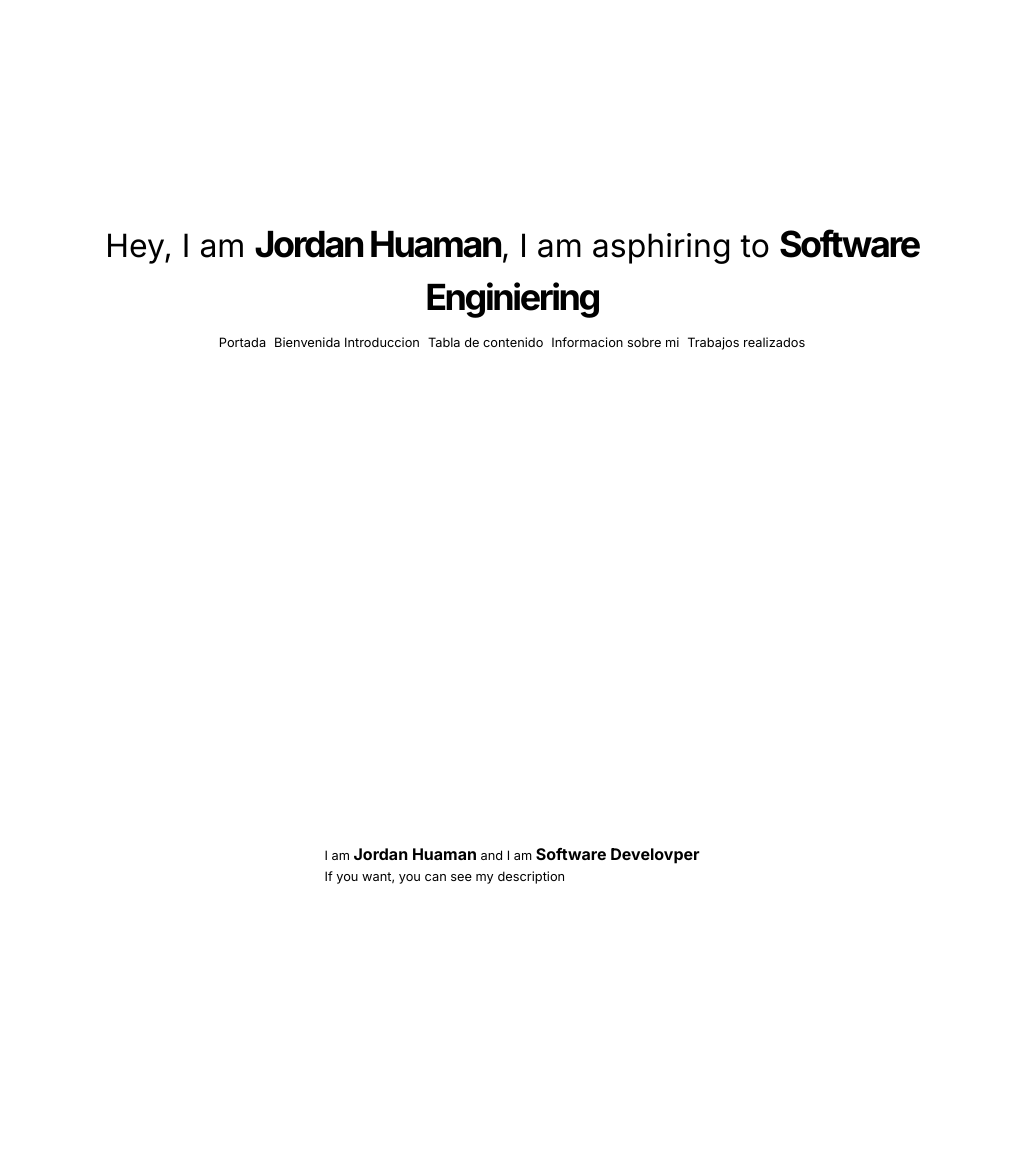
Repository: devsecops-node/portafolio-nextj-pages
Page: /
The author's editor kept a copy of each file at every save. The page is drawn from the files as they stood at one save, then again after the next save.
The browser window is 1280 px wide. The pictures show the whole page, at 80% of full size.
The project was rebuilt for these pictures with package versions that can differ from the ones it lists, and the page was loaded fresh each time. The framework's server and built-in components were replaced by stand-ins that run in the browser. Also part of the build but not shown: next.config.js, src/styles/transitionPage.module.css.

Above is the page before, as saved 2024-01-15 04:00:01.

### src/app/page.js
"use client"
import Dashboard from '@/components/Dashboard'
import Transition from '@/components/Transition'
import Image from 'next/image'
import { useEffect, useState } from 'react'

export default function Home() {
  const [showAnimation, setShowAnimation] = useState(true)

  useEffect(() => {
    console.log('Ejecutando')
    setTimeout(() => {
      setShowAnimation(false)
    }, 2000)
  }, [])
  return (
    <main className='h-[100vh]'>
      {showAnimation ? <Transition /> : <Dashboard />}
    </main>
  )
}

### src/components/Dashboard.jsx
import React from 'react'
import stles from "@/styles/dashboard.module.css"
import Portada from './Portada'
import { useRef } from 'react'

const Dashboard = () => {
  const portada = useRef(null)

  const scrollToPortada = () => {
    const portada = document.getElementById('portada')

    if (portada) {
      console.log('ejecutando id')
      portada.scrollIntoView({ behavior: 'smooth' })
    }
  }
  return (
    <section className={stles.home_view}>
      <div className='h-screen flex justify-center items-center flex-col'>
        <div className={stles.home_view_principal}>
          <p className={stles.animar_text} id='detec'> Hey, I am <span className="animacion-bolder">Jordan
            Huaman</span>, I am asphiring to <span className={stles.detect}>Software Enginiering</span>
          </p>
        </div>
        <div className={stles.home_view_links}>
          <a onClick={scrollToPortada} className={stles.animar_abajo}>
            <p>Portada</p>
          </a>
          <a href="" className={stles.animar_abajo}>
            <p>Bienvenida Introduccion</p>
          </a>
          <a href="" className={stles.animar_arriba}>
            <p>Tabla de contenido</p>
          </a><a href="" className={stles.animar_arriba}>
            <p>Informacion sobre mi</p>
          </a>
          <a href="" className={stles.animar_abajo}>
            <p>Trabajos realizados</p>
          </a>

        </div>
        <div>
        </div>
      </div>
      <div id='portada'>
      <Portada/>
      </div>
    </section>
  )
}

export default Dashboard

### src/components/Transition.jsx
import React from 'react'
import styles from "@/styles/transitionPage.module.css"

const Transition = () => {
  return (
    <div className={styles.home}>
      <main className=''>
        <p className={styles.text_1}>Jh</p>
        <p className={styles.text_2}>Jordan Huaman - Porfolio</p>
      </main>
      <footer>
        <p className={styles.text_3}>Software Engineerin - 2024</p>
      </footer>
    </div>
  )
}

export default Transition

### src/styles/dashboard.module.css
/* ? Home-view part */
.home_view {
  height: 100%;
}

.animar_text {
  animation: apper-2 2s;
  -webkit-animation: apper-2 2s;
}

.home_view_principal {
  width: 90%;
  margin: 0 auto;
}

.home_view_principal p {
  text-align: center;
  font-size: 40px;
}

.home_view_principal p span {
  font-size: 45px;
  letter-spacing: -3px;
  font-weight: bold;
}

.home_view_principal p span:hover .child {
  background-color: red;
}

@keyframes apper-2 {
  0% {
    opacity: 0;
    transform: translateY(-200px);
    -webkit-transform: translateY(-200px);
    -moz-transform: translateY(-200px);
    -ms-transform: translateY(-200px);
    -o-transform: translateY(-200px);
  }

  50% {
    opacity: 1;
    transform: translateY(-20px);
    -webkit-transform: translateY(-20px);
    -moz-transform: translateY(-20px);
    -ms-transform: translateY(-20px);
    -o-transform: translateY(-20px);
  }

  100% {
    opacity: 1;
    transform: translateY(0px);
    -webkit-transform: translateY(0px);
    -moz-transform: translateY(0px);
    -ms-transform: translateY(0px);
    -o-transform: translateY(0px);
  }
}

.home_view_links {
  display: flex;
  padding: 10px;
  justify-content: space-between;
  gap: 10px;
}

/* Line aniamtion */
.line-animation {
  display: inline;
  cursor: pointer;
  position: relative;
  /* padding: 5px; */
}

.line-animation::after {
  /* margin-top: 10px; */
  content: "";
  position: absolute;
  width: 100%;
  height: 3px;
  top: auto;
  bottom: 14px;
  left: -4px;
  transform: scaleX(0);
  box-shadow: 0 5px 0 black;
  transform-origin: bottom right;
  transition: transform 0.5s ease-out;
}

.line-animation:hover:after {
  transform: scaleX(1);
  transform-origin: bottom left;
}

.animacion-bolder {
  animation: animar-bold 2s linear alternate slidein;
  -webkit-animation: animar-bold 2s linear alternate slidein;
}

.animar_arriba{
  animation: apper-arriba 2s;
  -webkit-animation: apper-arriba 2s;
}
.animar_abajo{
  cursor: pointer;
  animation: apper-abajo 2s;
  -webkit-animation: apper-abajo 2s;

}

@keyframes apper-arriba {
  0% {
    opacity: 0;
    transform: translateY(200px);
    -webkit-transform: translateY(200px);
    -moz-transform: translateY(200px);
    -ms-transform: translateY(200px);
    -o-transform: translateY(200px);
}

  50% {
    opacity: 1;
    transform: translateY(-20px);
    -webkit-transform: translateY(-20px);
    -moz-transform: translateY(-20px);
    -ms-transform: translateY(-20px);
    -o-transform: translateY(-20px);
  }

  100% {
    opacity: 1;
    transform: translateY(0px);
    -webkit-transform: translateY(0px);
    -moz-transform: translateY(0px);
    -ms-transform: translateY(0px);
    -o-transform: translateY(0px);
  }
}
@keyframes apper-abajo {
  0% {
    opacity: 0;
    transform: translateY(-200px);
    -webkit-transform: translateY(-200px);
    -moz-transform: translateY(-200px);
    -ms-transform: translateY(-200px);
    -o-transform: translateY(-200px);
}

  50% {
    opacity: 1;
    transform: translateY(-20px);
    -webkit-transform: translateY(-20px);
    -moz-transform: translateY(-20px);
    -ms-transform: translateY(-20px);
    -o-transform: translateY(-20px);
  }

  100% {
    opacity: 1;
    transform: translateY(0px);
    -webkit-transform: translateY(0px);
    -moz-transform: translateY(0px);
    -ms-transform: translateY(0px);
    -o-transform: translateY(0px);
  }
}

@keyframes animar-bold {
  0% {
    opacity: 0;
  }

  100% {
    opacity: 1;
  }
}

### src/components/Portada.jsx
import React from 'react'

const Portada = () => {
  return (
    <div className='h-screen flex justify-center items-center'>
      <section>
        <p>I am <span className='text-[20px] font-bold'>Jordan Huaman</span> and I am <span className='text-[20px] font-bold'>Software Develovper</span></p>
        <p>If you want, you can see my description</p>
      </section>
    </div>
  )
}

export default Portada

Loaded but not shown: src/app/layout.js (common file); src/app/globals.css (common file); tailwind.config.js (common file)

After the next save:
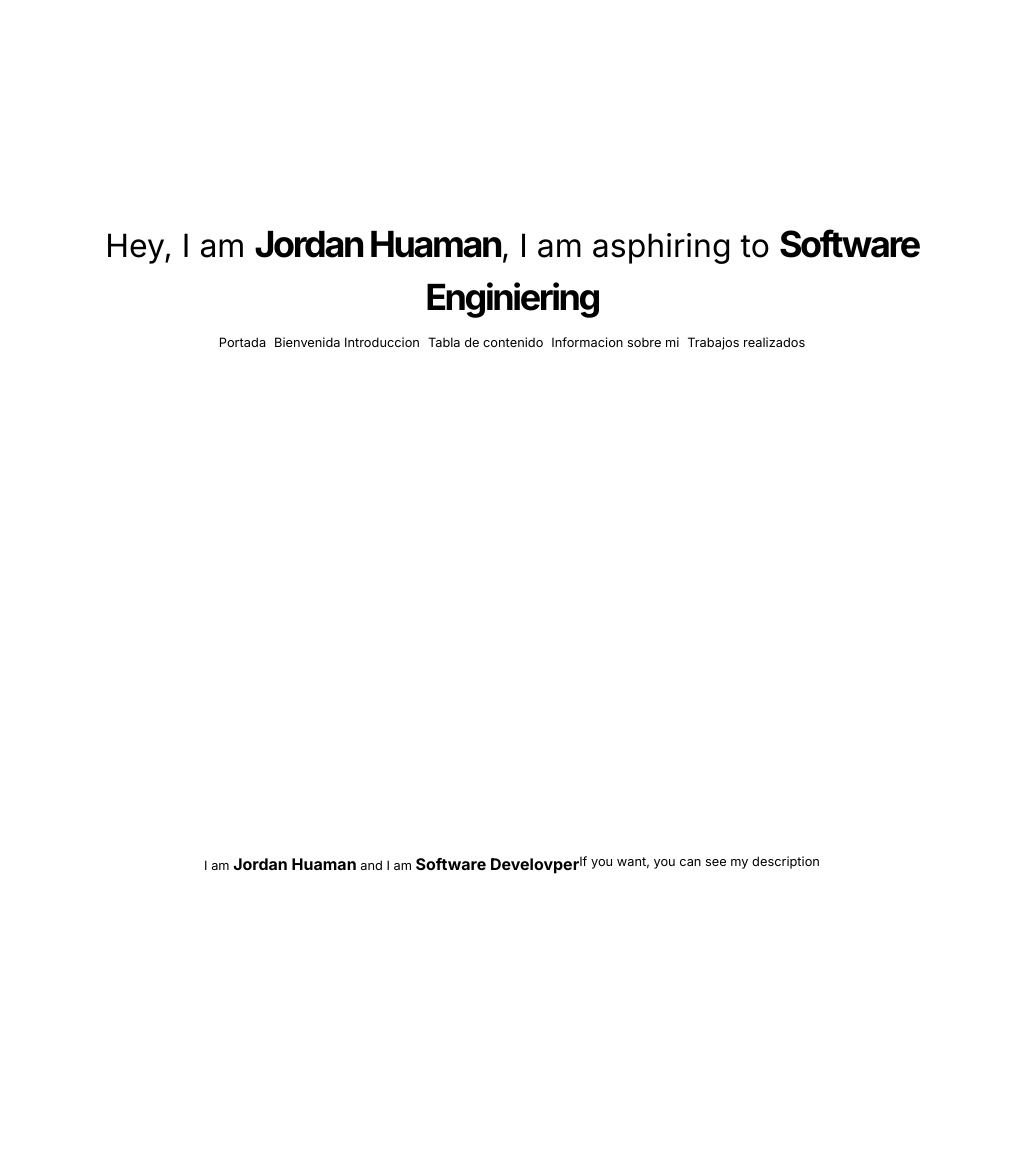
Saved 8 s later.
--- a/src/components/Portada.jsx
+++ b/src/components/Portada.jsx
@@ -3,7 +3,7 @@
 const Portada = () => {
   return (
     <div className='h-screen flex justify-center items-center'>
-      <section>
+      <section className='flex justify-center'>
         <p>I am <span className='text-[20px] font-bold'>Jordan Huaman</span> and I am <span className='text-[20px] font-bold'>Software Develovper</span></p>
         <p>If you want, you can see my description</p>
       </section>

After the save that followed:
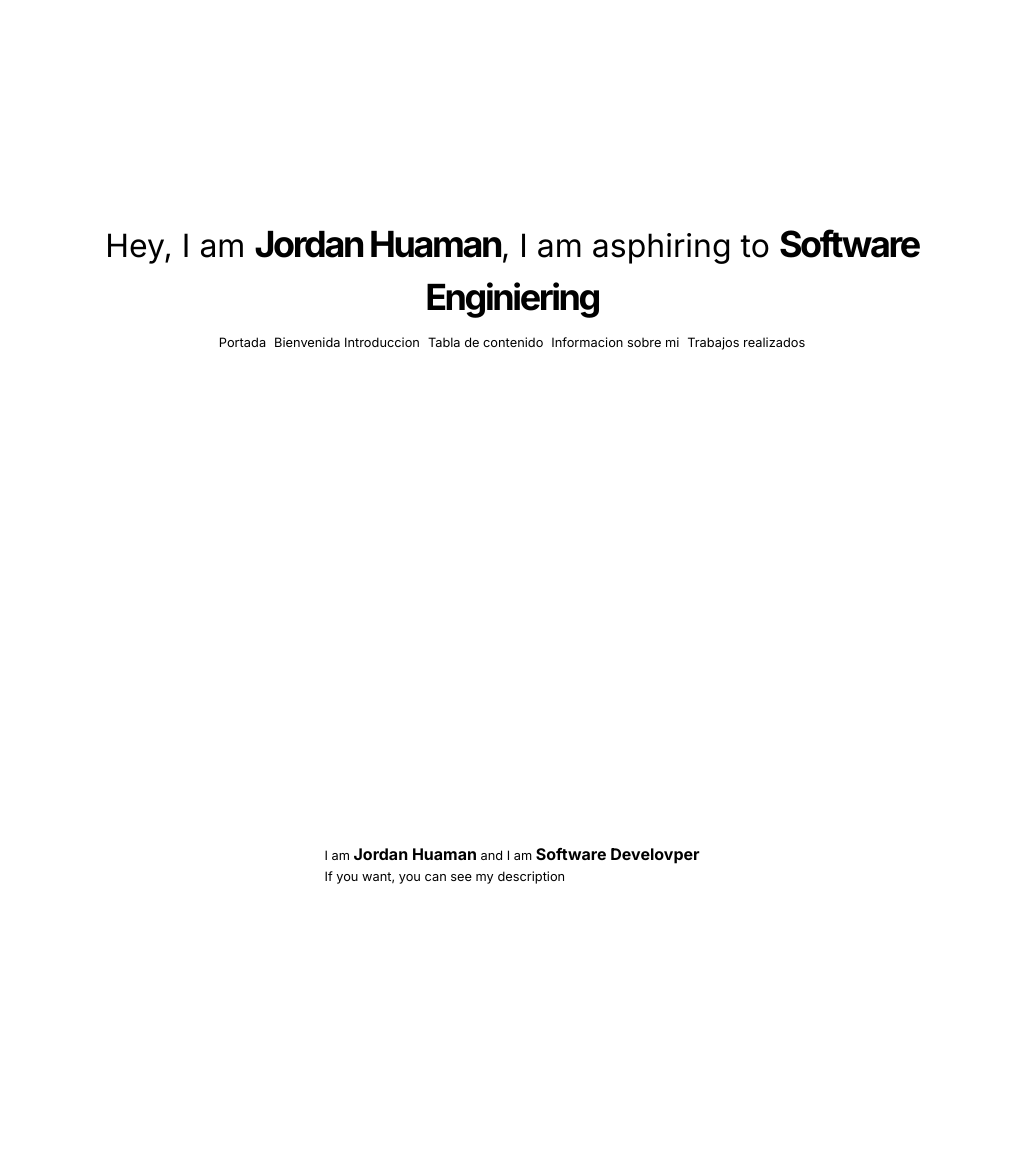
Saved 5 s later.
--- a/src/components/Portada.jsx
+++ b/src/components/Portada.jsx
@@ -3,7 +3,7 @@
 const Portada = () => {
   return (
     <div className='h-screen flex justify-center items-center'>
-      <section className='flex justify-center'>
+      <section className='flex justify-center flex-col'>
         <p>I am <span className='text-[20px] font-bold'>Jordan Huaman</span> and I am <span className='text-[20px] font-bold'>Software Develovper</span></p>
         <p>If you want, you can see my description</p>
       </section>
